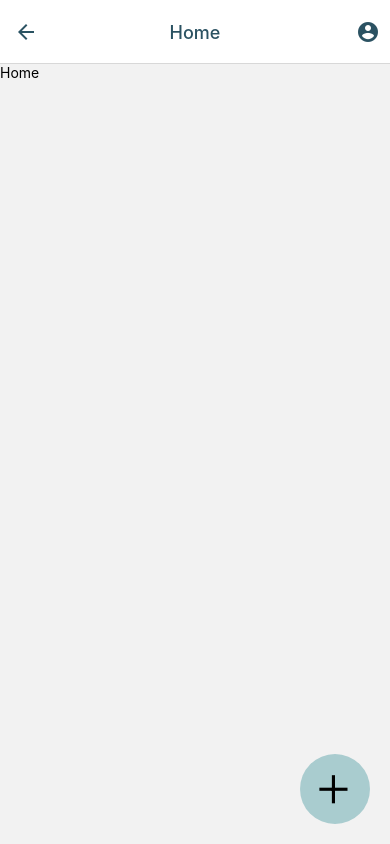
Repository: SaudCh/Expo-Pethub
Screen: /Home
The author's editor kept a copy of each file at every save. The screen is drawn from the files as they stood at one save, then again after the next save.
The app was drawn by React Native's web renderer in a window 390 px wide. The project was rebuilt for these pictures with package versions that can differ from the ones it lists, and the page was loaded fresh each time. Also part of the build but not shown: Screens/Signup.js, Screens/Profile.js, Screens/UpdateProfile.js, Screens/ForgetPassword.js.

Above is the screen before, as saved 2022-11-15 00:52:05.

### App.js
import { StatusBar } from 'expo-status-bar';
import 'react-native-gesture-handler';
import { StyleSheet, Text, View } from 'react-native';
import { Provider as PaperProvider } from 'react-native-paper';
import AppNavigator from './Components/Navigator';

export default function App() {
  return (
    <PaperProvider>
      <AppNavigator />
    </PaperProvider>
  );
}

const styles = StyleSheet.create({
  container: {
    flex: 1,
    backgroundColor: '#fff',
    alignItems: 'center',
    justifyContent: 'center',
  },
});

### Components/Navigator.js
// In App.js in a new project

import * as React from 'react';
import { View, Text } from 'react-native';
import { NavigationContainer } from '@react-navigation/native';
import { createNativeStackNavigator } from '@react-navigation/native-stack';
import Login from '../Screens/Login';
import Signup from '../Screens/Signup';
import Home from '../Screens/Home';
import Profile from '../Screens/Profile';
import UpdateProfile from '../Screens/UpdateProfile';
import Avatar from './Avatar';
import ForgetPassword from '../Screens/ForgetPassword';

function HomeScreen() {
    return (
        <View style={{ flex: 1, alignItems: 'center', justifyContent: 'center' }}>
            <Text>Home Screen</Text>
        </View>
    );
}

const Stack = createNativeStackNavigator();

function AppNavigator() {
    return (
        <NavigationContainer>
            <Stack.Navigator>
                <Stack.Screen name="Login" component={Login} options={{
                    title: 'Login',
                    headerTintColor: "#2B5262",
                    headerTitleAlign: 'center'
                }} />

                <Stack.Screen name="Signup" component={Signup} options={{
                    title: 'Signup',
                    headerTintColor: "#2B5262",
                    headerTitleAlign: 'center'
                }} />

                <Stack.Screen name="ForgetPassword" component={ForgetPassword} options={{
                    title: 'Forget Password',
                    headerTintColor: "#2B5262",
                    headerTitleAlign: 'center'
                }} />

                <Stack.Screen name="Home" component={Home}
                    options={{
                        title: 'Home',
                        headerTintColor: "#2B5262",
                        headerTitleAlign: 'center',
                        headerRight: () => (
                            <Avatar />
                        )
                    }}
                />

                <Stack.Screen name="Profile" component={Profile} options={{
                    title: 'Profile',
                    headerTintColor: "#2B5262",
                    headerTitleAlign: 'center'
                }} />
                <Stack.Screen name="UpdateProfile" component={UpdateProfile} options={{
                    title: 'Update',
                    headerTintColor: "#2B5262",
                    headerTitleAlign: 'center',
                }} />

            </Stack.Navigator>
        </NavigationContainer>
    );
}

export default AppNavigator;

### Screens/Login.js
import { useNavigation } from "@react-navigation/native";
import React, { useState, useEffect } from "react";
import { View, Text, StyleSheet, ActivityIndicator, Alert, TouchableOpacity } from 'react-native'
import { TextInput, Button } from "react-native-paper"

export default function Login() {

    const navigation = useNavigation()

    const [data, setData] = useState({
        email: '',
        password: ''
    })

    return (
        <View style={{ ...styles.body }}>
            <View style={{ ...styles.box }}>
                <View>
                    <TextInput
                        mode="outlined"
                        placeholder="Email"
                        style={{ marginBottom: 10 }}
                        value={data.email}
                        onChangeText={text => setData({ ...data, email: text })}
                    />
                </View>
                <View>
                    <TextInput
                        mode="outlined"
                        placeholder="Password"
                        value={data.password}
                        style={{ marginBottom: 10 }}
                        onChangeText={text => setData({ ...data, password: text })}
                        secureTextEntry
                    />
                </View>
                <TouchableOpacity onPress={()=>navigation.navigate("ForgetPassword")}>
                    <Text style={{ alignSelf: 'flex-end', color: 'blue' }}>Forgot Password?</Text>
                </TouchableOpacity>
                <View>
                    <Button mode="contained" onPress={() => navigation.replace('Home')} style={{ marginTop: 10 }} >
                        Login
                    </Button>

                    <Button onPress={() => navigation.navigate("Signup")} style={{ backgroundColor: 'transparent' }}>
                        <Text style={{ ...styles.bottomText }}>Switch to Signup</Text>
                    </Button>
                </View>
            </View>
        </View >
    );
}
const styles = StyleSheet.create({
    body: {
        flex: 1,
        alignItems: "center",
        justifyContent: 'center',
        backgroundColor: '#A9CCCF'
    },
    box: {
        shadowColor: "#000",
        shadowOffset: {
            width: 0,
            height: 3,
        },
        shadowOpacity: 0.27,
        shadowRadius: 4.65,
        elevation: 6,
        borderRadius: 10,

        backgroundColor: "#fff",
        padding: 20,
        width: 350
    },
    inputText: {
        fontWeight: 'bold'
    },
    bottomText: {
        fontSize: 16
    }
});

### Screens/Home.js
import { StyleSheet, Text, TouchableOpacity, View } from 'react-native'
import React from 'react'
import { Ionicons } from '@expo/vector-icons';

export default function Home() {
  return (
    <View style={{ flex: 1 }}>
      <Text>Home</Text>

      <TouchableOpacity style={{ ...styles.floatingPoint }}>
        <Ionicons name="add" size={50} color="#000" />
      </TouchableOpacity>
    </View>
  )
}

const styles = StyleSheet.create({
  floatingPoint: {
    width: 70,
    height: 70,
    borderRadius: 50,
    backgroundColor: '#A9CCCF',
    position: 'absolute',
    bottom: 20,
    right: 20,
    alignItems: 'center',
    justifyContent: 'center',
  }

})

### Components/Avatar.js
import { StyleSheet, Text, TouchableOpacity, View } from 'react-native'
import React from 'react'
import { MaterialIcons } from '@expo/vector-icons';
import { useNavigation } from '@react-navigation/native';

export default function Avatar() {
    const navigation = useNavigation();
    return (
        <TouchableOpacity TouchableOpacity onPress={() => navigation.navigate("Profile")} style={{
            marginRight: 10
        }} >
            <MaterialIcons name="account-circle" size={24} color={"#2B5262"} />
        </TouchableOpacity>
    )
}

const styles = StyleSheet.create({})

After the next save:
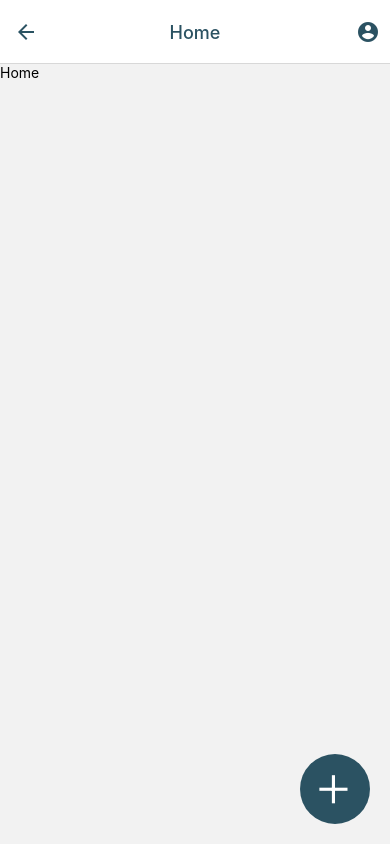
Saved 22 s later.
--- a/Screens/Home.js
+++ b/Screens/Home.js
@@ -8,7 +8,7 @@ export default function Home() {
       <Text>Home</Text>
 
       <TouchableOpacity style={{ ...styles.floatingPoint }}>
-        <Ionicons name="add" size={50} color="#000" />
+        <Ionicons name="add" size={50} color="#fff" />
       </TouchableOpacity>
     </View>
   )
@@ -19,7 +19,7 @@ const styles = StyleSheet.create({
     width: 70,
     height: 70,
     borderRadius: 50,
-    backgroundColor: '#A9CCCF',
+    backgroundColor: '#2B5262',
     position: 'absolute',
     bottom: 20,
     right: 20,
